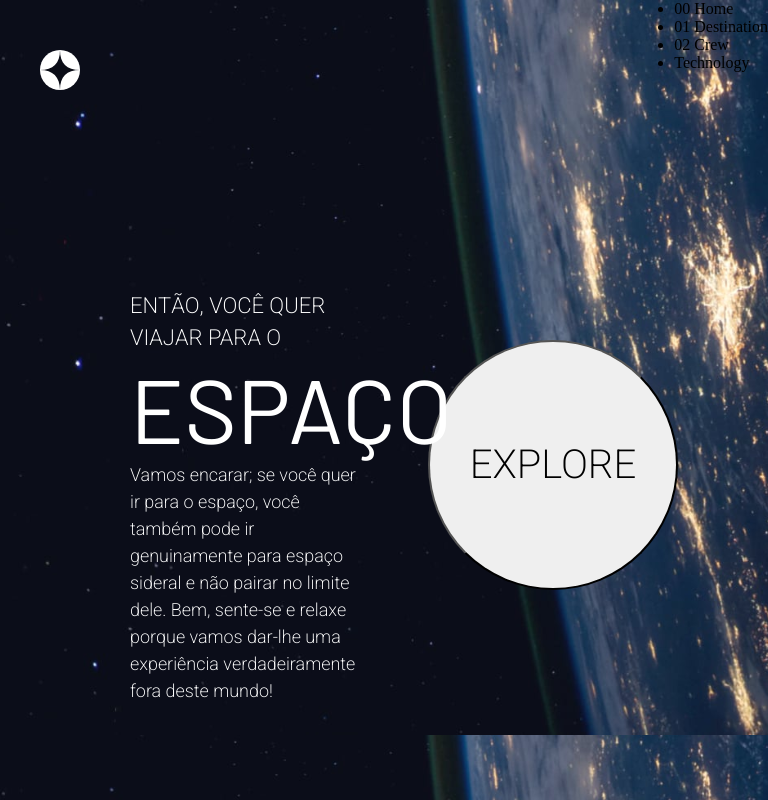
Repository: Leonngc/space-site
Page: space-tourism-website-main/space-tourism-website-main/starter-code/index.html
An editor plug-in stored every save of this project. The page is shown before and after the next save, followed by the edit.
The browser window is 768 px wide. The pictures show the whole page.
Some icons come from a web library that is not loaded, so they are not drawn.

Above is the page before, as saved 2023-04-29 16:10:35.

After the next save:
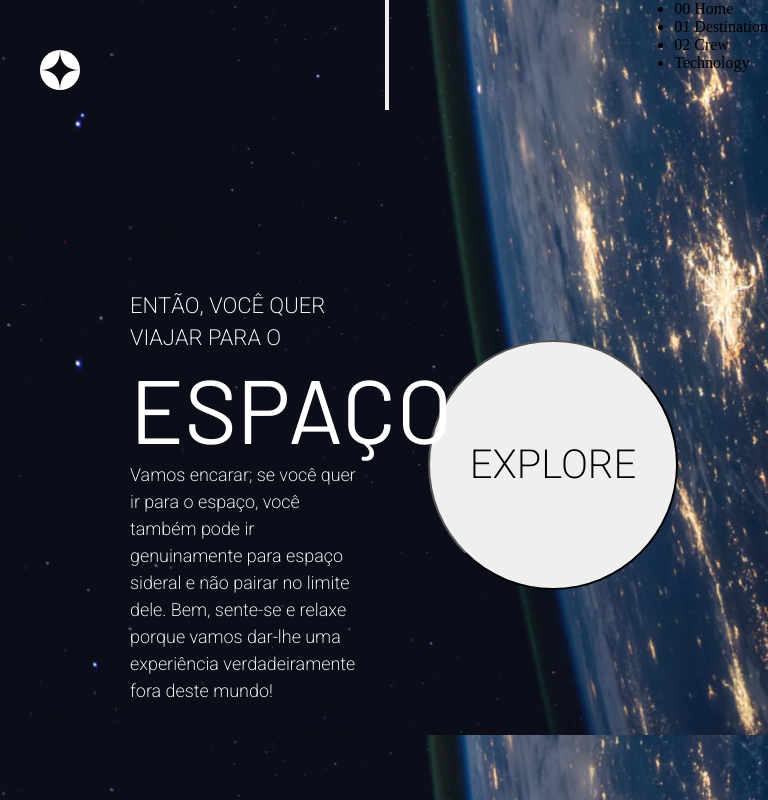
Saved 4 s later.
--- a/space-tourism-website-main/space-tourism-website-main/starter-code/styles/menu.css
+++ b/space-tourism-website-main/space-tourism-website-main/starter-code/styles/menu.css
@@ -66,7 +66,7 @@
         display: none;
     }
 
-
+    .menu
 
     .burguer-button {
 

After the 2 saves that followed:
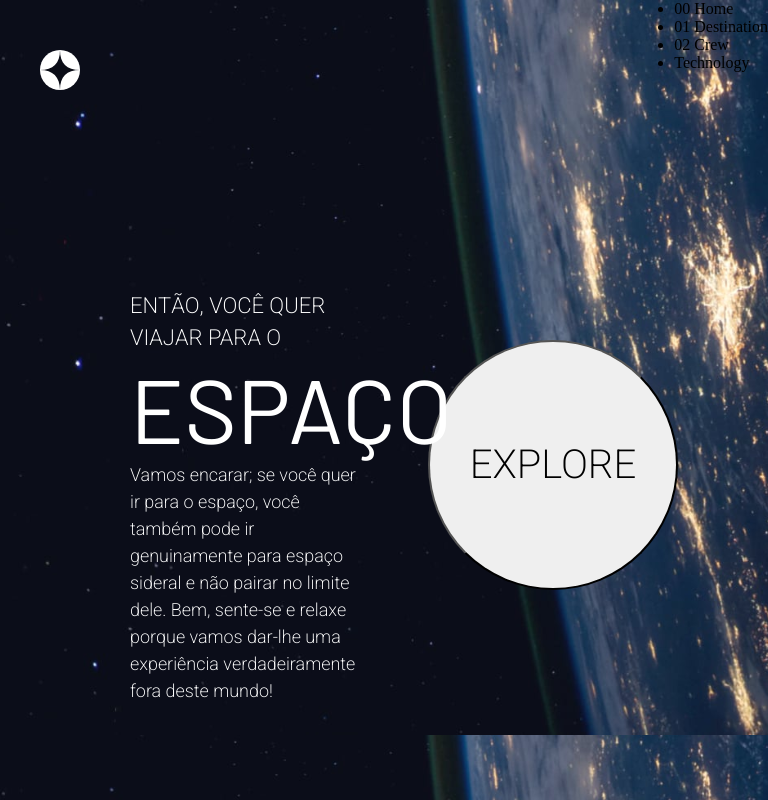
The 2 saves are shown as one change because they came seconds apart.
The last was saved 7 s later.
--- a/space-tourism-website-main/space-tourism-website-main/starter-code/styles/menu.css
+++ b/space-tourism-website-main/space-tourism-website-main/starter-code/styles/menu.css
@@ -66,7 +66,9 @@
         display: none;
     }
 
-    .menu
+    .menu-mobile{
+        float: left;
+    }
 
     .burguer-button {
 
